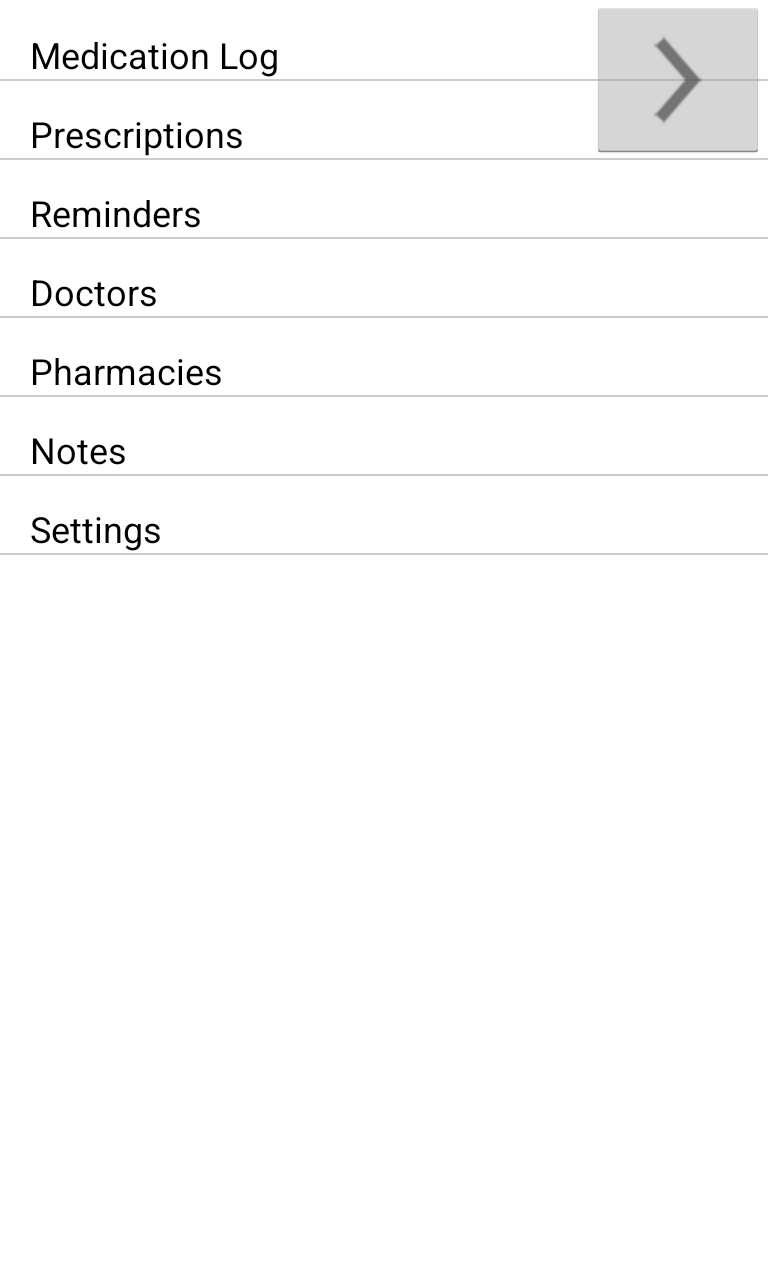
Repository: ranika/pilltracker
Layout: PillTracker/res/layout/fragment_main.xml
These files come from the project's save history. The layout is drawn as it stood at one moment and after the next save; the edit follows.
It is drawn on a 768 x 1280 px phone screen (xhdpi) without system bars, with theme AppTheme; the app's code is not run.

Above is the layout before, as saved 2014-04-10 02:54:20.

### PillTracker/res/layout/fragment_main.xml
<RelativeLayout xmlns:android="http://schemas.android.com/apk/res/android"
    android:layout_width="fill_parent"
    android:layout_height="fill_parent" >

    <TextView
        android:id="@+id/textView1"
        android:layout_width="wrap_content"
        android:layout_height="wrap_content"
        android:layout_alignParentLeft="true"
        android:layout_alignParentTop="true"
        android:layout_marginLeft="15dp"
        android:layout_marginTop="15dp"
        android:text="@string/med_log"
        android:textAppearance="?android:attr/textAppearanceMedium" />

    <View
        android:layout_width="fill_parent"
        android:layout_height="1dp"
        android:layout_alignParentLeft="true"
        android:layout_below="@+id/textView1"
        android:background="@color/black"
        android:paddingTop="20dp" />

    <TextView
        android:id="@+id/textView2"
        android:layout_width="wrap_content"
        android:layout_height="wrap_content"
        android:layout_alignLeft="@+id/textView1"
        android:layout_below="@+id/textView1"
        android:layout_marginTop="15dp"
        android:text="@string/prescriptions"
        android:textAppearance="?android:attr/textAppearanceMedium" />

    <View
        android:layout_width="fill_parent"
        android:layout_height="1dp"
        android:layout_alignParentLeft="true"
        android:layout_below="@+id/textView2"
        android:background="@color/black"
        android:paddingTop="20dp" />

    <TextView
        android:id="@+id/textView3"
        android:layout_width="wrap_content"
        android:layout_height="wrap_content"
        android:layout_alignLeft="@+id/textView2"
        android:layout_below="@+id/textView2"
        android:layout_marginTop="15dp"
        android:text="@string/reminders"
        android:textAppearance="?android:attr/textAppearanceMedium" />

    <View
        android:layout_width="fill_parent"
        android:layout_height="1dp"
        android:layout_alignParentLeft="true"
        android:layout_below="@+id/textView3"
        android:background="@color/black"
        android:paddingTop="20dp" />

    <TextView
        android:id="@+id/textView4"
        android:layout_width="wrap_content"
        android:layout_height="wrap_content"
        android:layout_alignLeft="@+id/textView3"
        android:layout_below="@+id/textView3"
        android:layout_marginTop="15dp"
        android:text="@string/doctors"
        android:textAppearance="?android:attr/textAppearanceMedium" />

    <View
        android:layout_width="fill_parent"
        android:layout_height="1dp"
        android:layout_alignParentLeft="true"
        android:layout_below="@+id/textView4"
        android:background="@color/black"
        android:paddingTop="20dp" />

    <TextView
        android:id="@+id/textView5"
        android:layout_width="wrap_content"
        android:layout_height="wrap_content"
        android:layout_alignLeft="@+id/textView4"
        android:layout_below="@+id/textView4"
        android:layout_marginTop="15dp"
        android:text="@string/pharmacies"
        android:textAppearance="?android:attr/textAppearanceMedium" />

    <View
        android:layout_width="fill_parent"
        android:layout_height="1dp"
        android:layout_alignParentLeft="true"
        android:layout_below="@+id/textView5"
        android:background="@color/black"
        android:paddingTop="20dp" />

    <TextView
        android:id="@+id/textView6"
        android:layout_width="wrap_content"
        android:layout_height="wrap_content"
        android:layout_alignLeft="@+id/textView5"
        android:layout_below="@+id/textView5"
        android:layout_marginTop="15dp"
        android:text="@string/notes"
        android:textAppearance="?android:attr/textAppearanceMedium" />

    <View
        android:layout_width="fill_parent"
        android:layout_height="1dp"
        android:layout_alignParentLeft="true"
        android:layout_below="@+id/textView6"
        android:background="@color/black"
        android:paddingTop="20dp" />

    <TextView
        android:id="@+id/textView7"
        android:layout_width="wrap_content"
        android:layout_height="wrap_content"
        android:layout_alignLeft="@+id/textView6"
        android:layout_below="@+id/textView6"
        android:layout_marginTop="15dp"
        android:text="@string/settings"
        android:textAppearance="?android:attr/textAppearanceMedium" />

    <View
        android:id="@+id/view1"
        android:layout_width="fill_parent"
        android:layout_height="1dp"
        android:layout_alignParentLeft="true"
        android:layout_below="@+id/textView7"
        android:background="@color/black"
        android:paddingTop="20dp" />

    <Button
        android:id="@+id/button1"
        style="?android:attr/buttonStyleSmall"
        android:layout_width="wrap_content"
        android:layout_height="wrap_content"
        android:layout_alignParentRight="true"
        android:layout_marginRight="1dp"
        android:drawableRight="@drawable/arrow" />

</RelativeLayout>

### PillTracker/res/values/strings.xml
<?xml version="1.0" encoding="utf-8"?>
<resources>

    <string name="app_name">Pill Tracker</string>
    <string name="action_settings">Settings</string>
	<string name="med_log">Medication Log</string>
	<string name="prescriptions">Prescriptions</string>
	<string name="reminders">Reminders</string>
	<string name="doctors">Doctors</string>
	<string name="pharmacies">Pharmacies</string>
	<string name="notes">Notes</string>
	<string name="settings">Settings</string>
	<color name="black">#CCCCCC</color>
</resources>

Loaded but not shown: PillTracker/res/values/styles.xml (common file); PillTracker/res/values-v11/styles.xml (common file); PillTracker/res/values-v14/styles.xml (common file)

After the next save:
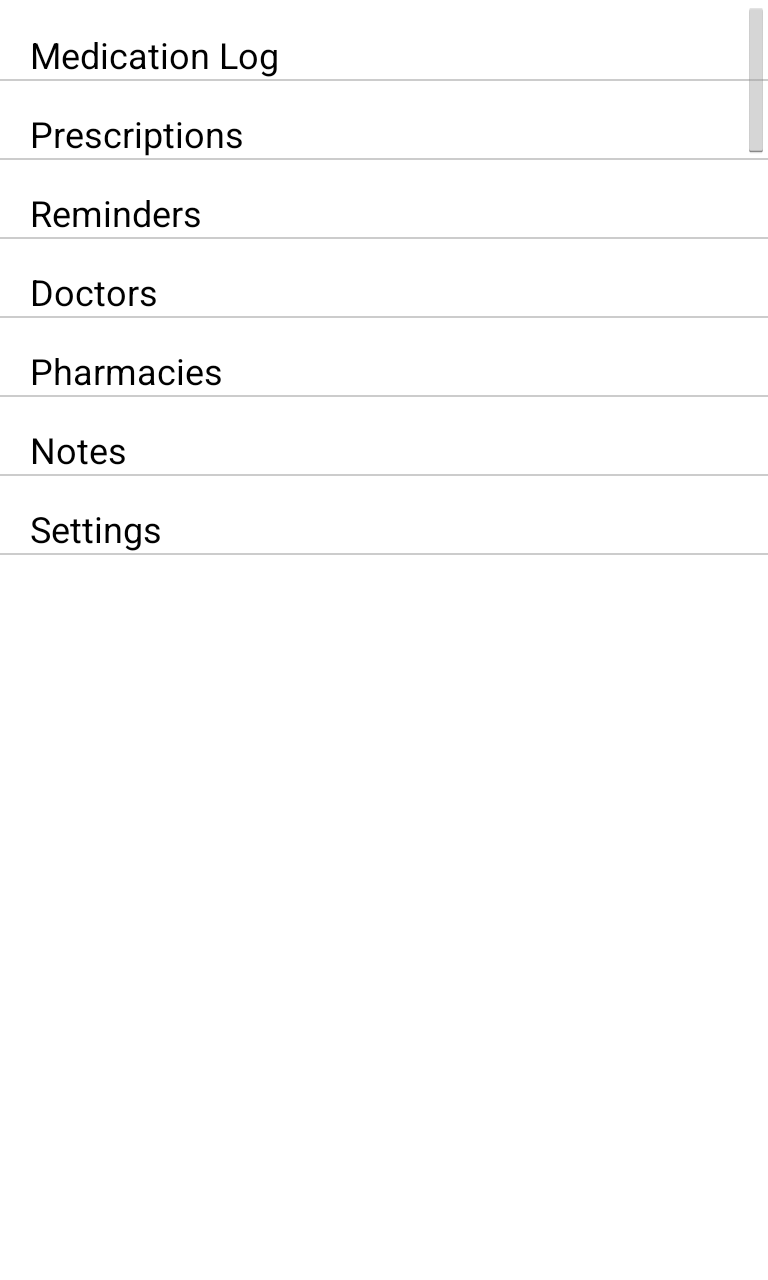
Saved 47 s later.
--- a/PillTracker/res/layout/fragment_main.xml
+++ b/PillTracker/res/layout/fragment_main.xml
@@ -132,8 +132,7 @@
 
     <Button
         android:id="@+id/button1"
-        style="?android:attr/buttonStyleSmall"
-        android:layout_width="wrap_content"
+        android:layout_width="10dp"
         android:layout_height="wrap_content"
         android:layout_alignParentRight="true"
         android:layout_marginRight="1dp"
